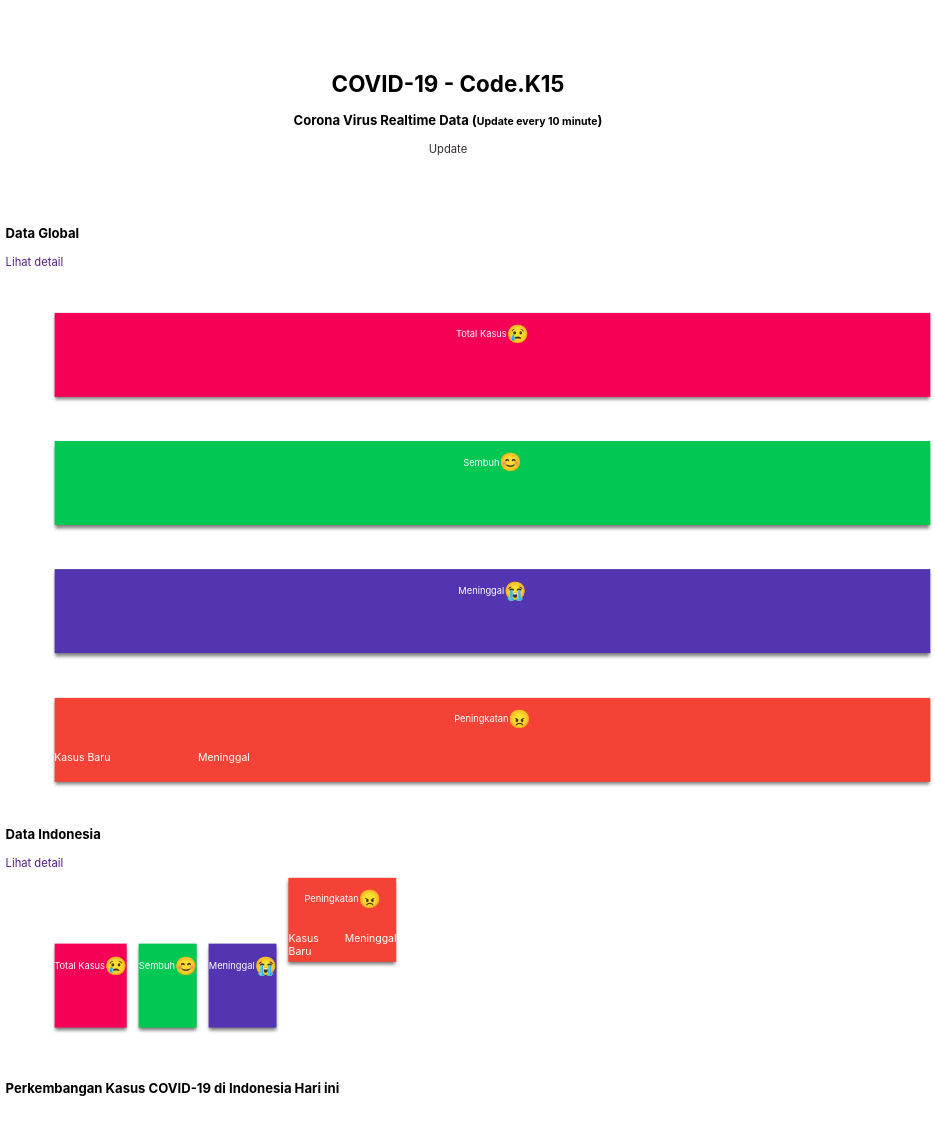
Repository: fathur15/covid19-monitoring
Page: http://localhost/covid19/apps/views/data/main/dashboard.php
An editor plug-in stored every save of this project. The page is shown before and after the next save, followed by the edit.
The browser window is 1280 px wide. The page is 1335 px wide, so the pictures cover 1335 px, including what lies to the right of the window. The pictures show the whole page, at 70% of full size.
The page is run by PHP 8.4 with error messages shown; the project is at /var/www/html/.

Above is the page before, as saved 2020-04-17 11:12:51.

### apps/views/data/main/dashboard.php

<style>
    *{
        font-family: -apple-system, BlinkMacSystemFont, 'Segoe UI', Roboto, Oxygen, Ubuntu, Cantarell, 'Open Sans', 'Helvetica Neue', sans-serif
    }
    .resume p, h5{
        color: white;
        font-weight: 400;
    }
    .shadow-box{
        -webkit-box-shadow: 0 15px 10px #777;
        -moz-box-shadow: 0 15px 10px #777;
        box-shadow: 0 5px 5px #777;

    }
    .content-main-wrapper{
        margin: 5% 0;
    }
    /* .shadow-box:after{
        -webkit-transform: rotate(3deg);
        -moz-transform: rotate(3deg);
        -o-transform: rotate(3deg);
        -ms-transform: rotate(3deg);
        transform: rotate(3deg);
        right: 10px;
        left: auto;
    } */

</style>
<div class="content">
    <div class="heading" style="margin: 100px 30%; text-align: center">
        <h1>COVID-19 - Code.K15</h1>
        <h3>Corona Virus Realtime Data (<small style="font-size: 15px">Update every 10 minute</small>)</h3>
        <p id="date-update" style="color: #353030;">Update</p>
    </div>
    <div class="main">
        <div class="container">
            <div class="row content-main-wrapper">
                <div class="head-main-content">
                    <h3>Data Global</h3>
                    <a style="text-decoration: none" href="">Lihat detail  <i class="fas fa-long-arrow-alt-right" aria-hidden="true"></i></a>
                </div>
                <div id="resumeGlobal" class="row resume" style="width: 100%; margin: 0 5%" >
                        <div class="card col-sm-3 shadow-box" style="background: #f50057; margin:5% 0.5%; align-items: center; height: 120px ">
                            <div class="card-body">
                                <div style="flex-direction: row; display: flex; justify-content: center; align-items: center">
                                    <h5 id="title-kasus-global" class="card-text">Total Kasus</h5>
                                    <span style="color: black; font-size: 25px; text-shadow: 0 0 0 yellow">&#x1F622</span>
                                </div>
                                <p class="card-text" id="kasus-global"></p>
                            </div>
                        </div>
                        <div class="col-sm-3 shadow-box" style="background: #00c853; margin: 5% 0.5%; align-items: center; height: 120px ">
                            <div class="card-body">
                                <div style="flex-direction: row; display: flex; justify-content: center; align-items: center">
                                    <h5 id="title-kasus-global" class="card-text">Sembuh</h5>
                                    <span style="color: black; font-size: 25px; text-shadow: 0 0 0 yellow">&#x1F60A</span>
                                </div>
                                <p class="card-text" id="sembuh-global"></p>
                                <!-- <p style="">Orang</p> -->
                            </div>
                        </div>
                        <div class=" card col-sm-3 shadow-box" style="margin:5% 0.5%;height: 120px;align-items: center;  background :#5335b1">
                            <div class="card-body">
                                <div style="flex-direction: row; display: flex; justify-content: center; align-items: center;">
                                    <h5 id="title-kasus-global" class="card-text">Meninggal</h5>
                                    <span style="color: black; font-size: 25px; text-shadow: 0 0 0 yellow">&#x1F62D</span>
                                </div>
                                <p class="card-text" id="meninggal-global"></p>
                                <!-- <p style="">Orang</p> -->
                            </div>
                        </div>
                        <div class="card col-sm-3 shadow-box" style="margin:5% 0.5%; height: 120px; background: #f44336">
                            <div class="card-body">
                                <div style="flex-direction: row; display: flex; justify-content: center; align-items: center;">
                                    <h5 id="title-kasus-global" class="card-text">Peningkatan</h5>
                                    <span style="color: black; font-size: 25px; text-shadow: 0 0 0 yellow">&#x1F620</span>
                                </div>
                                <div style="flex-direction: row; display: flex;">
                                    <p style="font-size: 15px">Kasus Baru</p>
                                    <p style="margin-left: 10%; font-size: 15px">Meninggal </p>
                                </div>
                                <div style="display: flex; margin-top: -9%">
                                    <p style="font-size: 15px" class="card-text" id="kasus-baru-global"></p>
                                    <p style="margin-left: 10%; font-size: 15px" class="card-text" id="meninggal-baru-global"></p>
                                </div>
                            </div>
                        </div>
                    </div>
                </div>
            <div class="row content-main-wrapper" >
                <div class="head-main-content">
                    <h3>Data Indonesia</h3>
                    <a style="text-decoration: none" href="">Lihat detail  <i class="fas fa-long-arrow-alt-right" aria-hidden="true"></i></a>
                </div>
                <div id="resumeIndonesia" class="row resume" style="width: 100%; margin: 0 5%;" >
                    <div class="card col-md-3 shadow-box" style="background: #f50057; margin: 1% 0.5%; display: inline-block; align-items: center; height: 120px ">
                        <div class="card-body">
                            <div style="flex-direction: row; display: flex; justify-content: center; align-items: center">
                                <h5 id="title-kasus-indonesia" class="card-text">Total Kasus</h5>
                                <span style="color: black; font-size: 25px; text-shadow: 0 0 0 yellow">&#x1F622</span>
                            </div>
                            <p style="font-size: 14px" class="card-text" id="kasus-indonesia"></p>
                        </div>
                    </div>
                    <div class="card col-md-3 shadow-box" style="background: #00c853; margin: 1% 0.5%; display: inline-block; align-items: center; height: 120px ">
                        <div class="card-body">
                            <div style="flex-direction: row; display: flex; justify-content: center; align-items: center">
                                <h5 id="title-kasus-indonesia" class="card-text">Sembuh</h5>
                                <span style="color: black; font-size: 25px; text-shadow: 0 0 0 yellow">&#x1F60A</span>
                            </div>
                            <p class="card-text" id="sembuh-indonesia"></p>
                        </div>
                    </div>
                    <div class="card col-md-3 shadow-box" style="margin: 1% 0.5%; display: inline-block; height: 120px;align-items: center;  background :#5335b1">
                        <div class="card-body">
                            <div style="flex-direction: row; display: flex; justify-content: center; align-items: center;">
                                <h5 id="title-kasus-indonesia" class="card-text">Meninggal</h5>
                                <span style="color: black; font-size: 25px; text-shadow: 0 0 0 yellow">&#x1F62D</span>
                            </div>
                            <p class="card-text" id="meninggal-indonesia"></p>
                        </div>
                    </div>
                    <div class="card col-md-3 shadow-box" style="margin: 1% 0.5%; display: inline-block; height: 120px; background: #f44336">
                        <div class="card-body">
                            <div style="flex-direction: row; display: flex; justify-content: center; align-items: center;">
                                <h5 id="title-kasus-indonesia" class="card-text">Peningkatan</h5>
                                <span style="color: black; font-size: 25px; text-shadow: 0 0 0 yellow">&#x1F620</span>
                            </div>
                            <div style="flex-direction: row; display: flex;">
                                <p style="font-size: 15px">Kasus Baru</p>
                                <p style="margin-left: 10%; font-size: 15px">Meninggal </p>
                            </div>
                            <div style="display: flex; margin-top: -9%">
                                <p style="font-size: 15px" class="card-text" id="kasus-baru-indonesia"></p>
                                <p style="margin-left: 10%; font-size: 15px" class="card-text" id="meninggal-baru-indonesia"></p>
                            </div>
                        </div>
                    </div>
                </div>
            </div>
            <div class="row content-main-wrapper" >
                <div class="head-main-content">
                    <h3>Perkembangan Kasus COVID-19 di Indonesia Hari ini</h3>
                </div>
            </div>
        </div>
    </div>
</div>

After the next save:
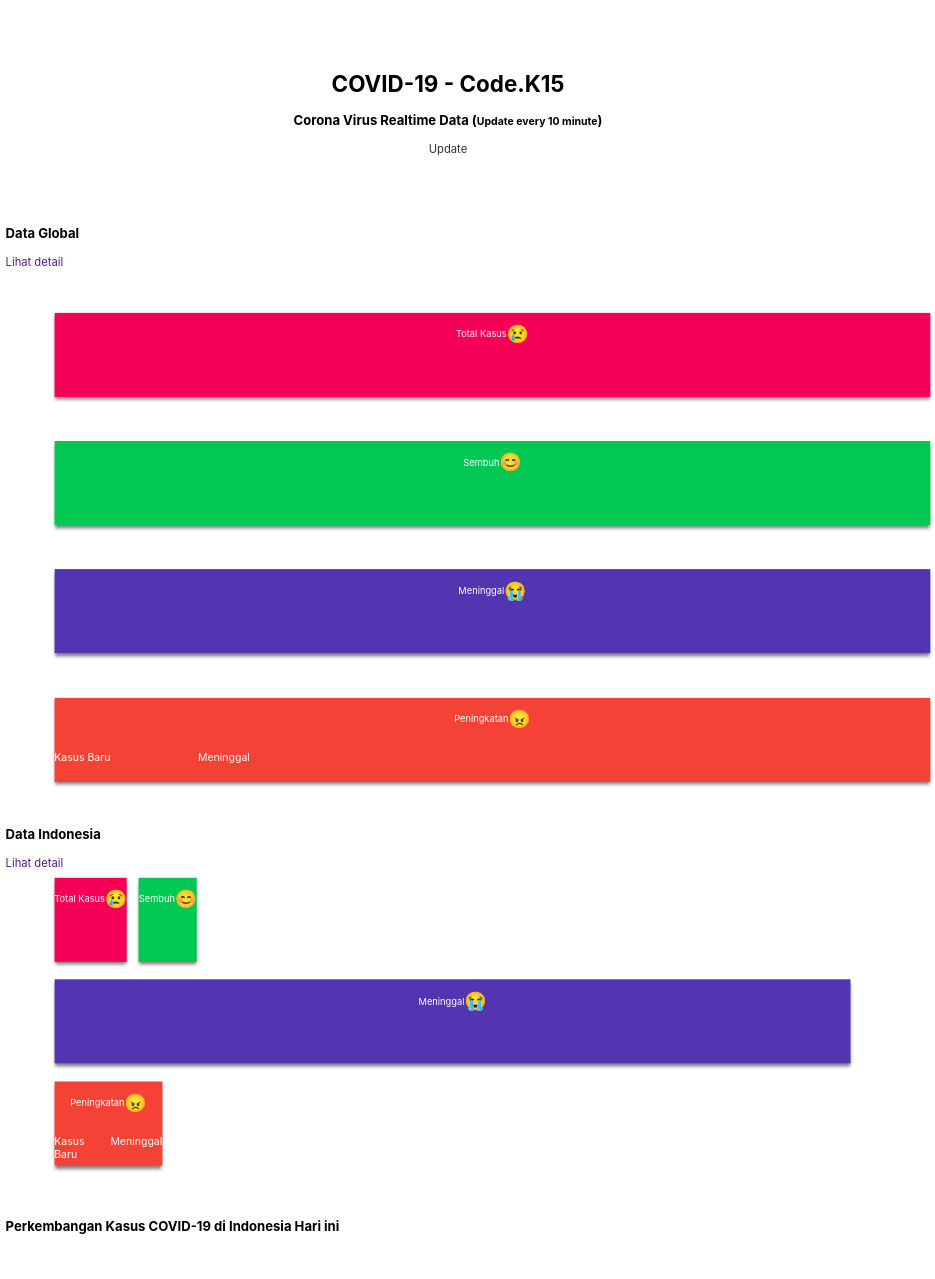
Saved 19 s later.
--- a/apps/views/data/main/dashboard.php
+++ b/apps/views/data/main/dashboard.php
@@ -112,7 +112,7 @@
                             <p class="card-text" id="sembuh-indonesia"></p>
                         </div>
                     </div>
-                    <div class="card col-md-3 shadow-box" style="margin: 1% 0.5%; display: inline-block; height: 120px;align-items: center;  background :#5335b1">
+                    <div class="card col-md-3 shadow-box" style="margin: 1% 0.5%; display: inline-block; height: 120px;align-items: center; width: 90%;  background :#5335b1">
                         <div class="card-body">
                             <div style="flex-direction: row; display: flex; justify-content: center; align-items: center;">
                                 <h5 id="title-kasus-indonesia" class="card-text">Meninggal</h5>
